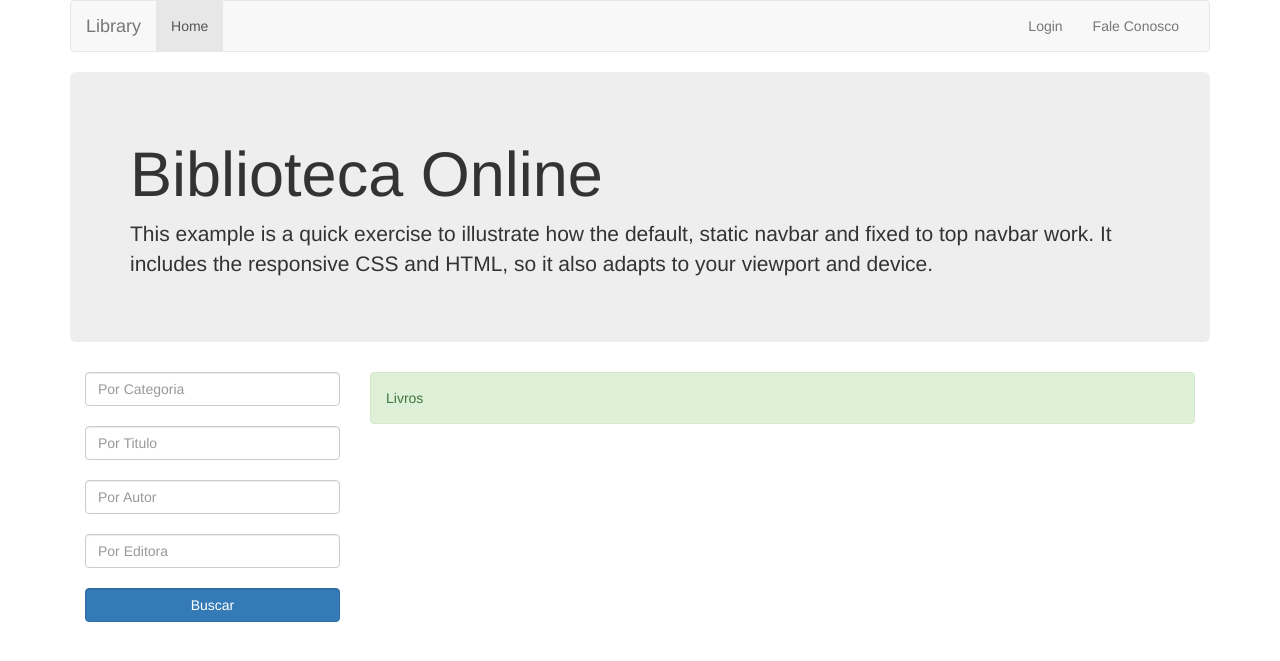
Repository: stefanyco/biblioteca
Page: http://localhost/Biblioteca/home.jsp
An editor plug-in stored every save of this project. The page is shown before and after the next save, followed by the edit.
The browser window is 1280 px wide. The pictures show the whole page.
The page is served by Tomcat 9. Other server files are loaded and not shown.

Above is the page before, as saved 2016-11-17 22:37:29.

### Sistema Biblioteca/Biblioteca/WebContent/home.jsp
<%@ page language="java" contentType="text/html; charset=ISO-8859-1"
	pageEncoding="ISO-8859-1"%>
<!DOCTYPE html PUBLIC "-//W3C//DTD HTML 4.01 Transitional//EN" "http://www.w3.org/TR/html4/loose.dtd">
<html>
<head>
<meta http-equiv="Content-Type" content="text/html; charset=ISO-8859-1">
<link href="bootstrap.min.css" rel="stylesheet">
</head>
<body>

	<div class="container">

		<!-- Static navbar -->
		<nav class="navbar navbar-default">
		<div class="container-fluid">
			<div class="navbar-header">
				<a class="navbar-brand" href="#">Library</a>
			</div>
			<div id="navbar" class="navbar-collapse collapse">
				<ul class="nav navbar-nav">
					<li class="active"><a href="#">Home</a></li>
				</ul>
				<ul class="nav navbar-nav navbar-right">
					<li><a href="login.jsp">Login</a></li>
					<li><a href="contato.jsp">Fale Conosco</a></li>
				</ul>
			</div>
			<!--/.nav-collapse -->
		</div>
		<!--/.container-fluid --> </nav>

		<!-- Main component for a primary marketing message or call to action -->
		<div class="jumbotron">
			<h1>Biblioteca Online</h1>
			<p>This example is a quick exercise to illustrate how the
				default, static navbar and fixed to top navbar work. It includes the
				responsive CSS and HTML, so it also adapts to your viewport and
				device.</p>
		</div>


		<!-- /container -->

		<div class="col-md-3">
			<input type="text" class="form-control" placeholder="Por Categoria"> </br>
			<input type="text" class="form-control"  placeholder="Por Titulo"> </br>
			<input type="text" class="form-control" placeholder="Por Autor"> </br>
			<input type="text" class="form-control" placeholder="Por Editora"> </br>
			<button type="submit" class="btn btn-primary form-control">Buscar</button>
		</div>

		<div class="col-md-9">

			<!-- Livros -->
			<div class="alert alert-success">Livros</div>

		</div>
	</div>

</body>
</html>

Loaded but not shown: Sistema Biblioteca/Biblioteca/WebContent/bootstrap.min.css (library)

After the next save:
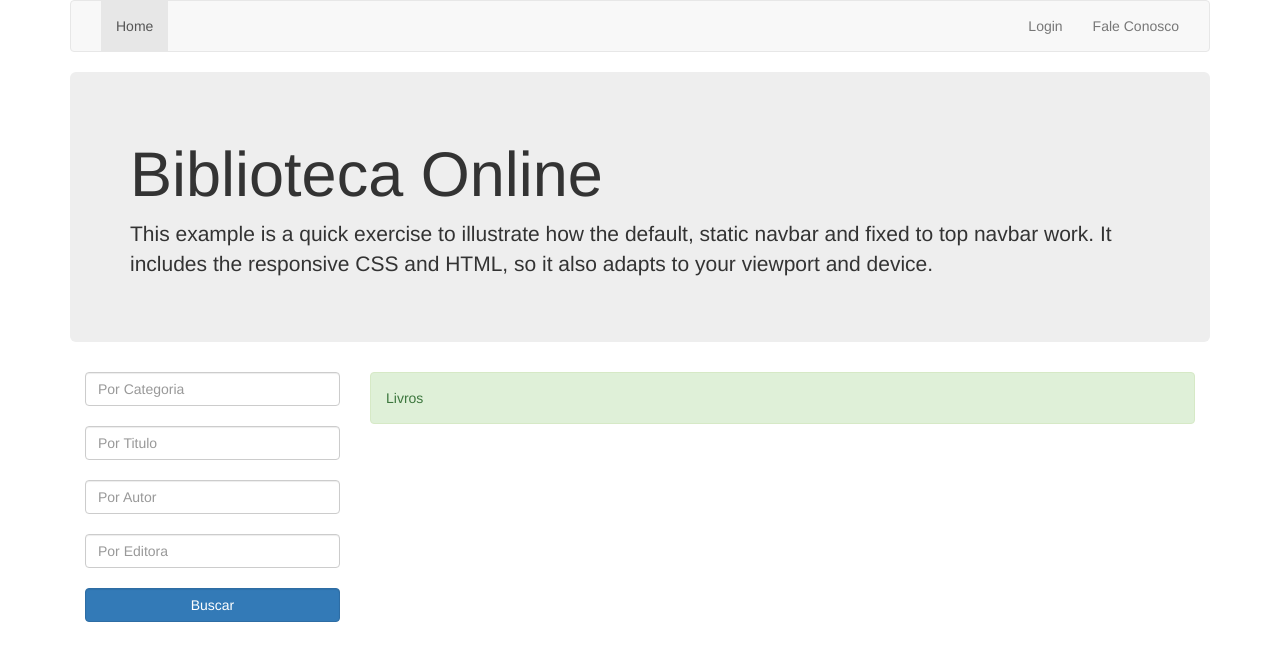
Saved 18 min 23 s later.
--- a/Sistema Biblioteca/Biblioteca/WebContent/home.jsp
+++ b/Sistema Biblioteca/Biblioteca/WebContent/home.jsp
@@ -14,7 +14,7 @@
 		<nav class="navbar navbar-default">
 		<div class="container-fluid">
 			<div class="navbar-header">
-				<a class="navbar-brand" href="#">Library</a>
+				<a class="navbar-brand" href="#"><c:url value="livros.png"/></a>
 			</div>
 			<div id="navbar" class="navbar-collapse collapse">
 				<ul class="nav navbar-nav">
